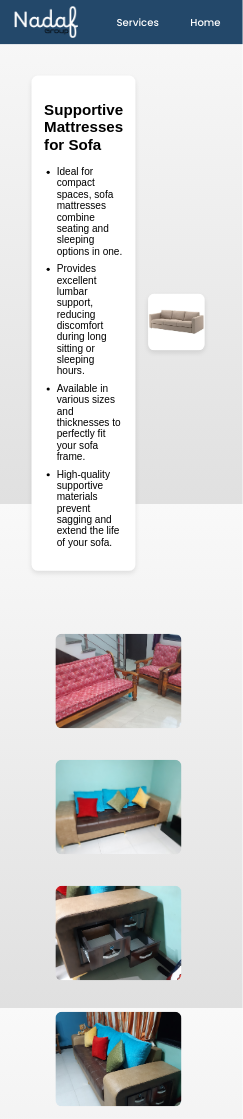
Repository: nadafgroup/rashidgadiUI
Page: src/sofa.html
These files come from the project's save history. The page is drawn as it stood at one moment and after the next save; the edit follows.
The browser window is 375 px wide. The page is 385 px wide, so the pictures cover 385 px, including what lies to the right of the window. The pictures show the whole page, at 63% of full size.

Above is the page before, as saved 2025-01-25 18:49:13.

After the next save:
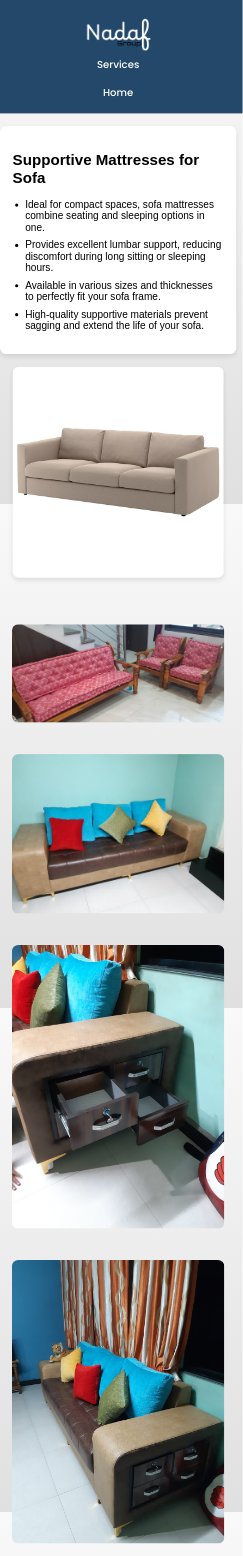
Saved 17 h 47 min later.
--- a/src/products.css
+++ b/src/products.css
@@ -3,8 +3,6 @@
     src: url('../assets/fonts/Poppins/Poppins-Medium.ttf') format('truetype');
 }
 
-
-
 @font-face {
     font-family: 'inter';
     src: url('../assets/fonts/Inter/Inter-VariableFont_opsz\,wght.ttf') format('truetype');
@@ -15,11 +13,7 @@
     src: url('../assets/fonts/Exo2-VariableFont_wght.ttf') format('truetype');
 }
 
-
-
-
-
-body{
+body {
     margin: 0;
     padding: 0;
     overflow-x: hidden; /* Prevent horizontal scrolling */
@@ -41,8 +35,6 @@ header {
     color: white;
     font-size: 1rem;
 }
-
-
 
 .nav-right ul {
     display: flex;
@@ -96,15 +88,12 @@ header {
     background-color: #5c6bc0;
 }
 
-.logo{
-
+.logo {
     width: auto;
     height: 50px;
     margin-left: 10px;
     margin-bottom: 0px;
 }
-
-
 
 .container {
     display: flex;
@@ -113,8 +102,6 @@ header {
     align-items: center;
     padding: 50px;
     gap: 20px;
-
-
 }
 
 .info {
@@ -224,3 +211,41 @@ header {
     from { transform: translateX(100%); }
     to { transform: translateX(0); }
 }
+
+/* Media Queries for Responsiveness */
+@media (max-width: 768px) {
+    .container {
+        flex-direction: column; /* Switch to column layout */
+        padding: 20px;
+    }
+
+    .info, .image-container {
+        flex: none; /* Reset flex behavior */
+        width: 100%;
+    }
+
+    .gallery img {
+        width: 100%; /* Make gallery images take full width on small screens */
+        height: auto;
+    }
+}
+
+@media (max-width: 480px) {
+    header {
+        flex-direction: column;
+        align-items: center;
+    }
+
+    .nav-right ul {
+        flex-direction: column;
+        align-items: center;
+    }
+
+    .nav-right ul li {
+        margin: 10px 0;
+    }
+
+    .logo {
+        margin: 10px 0;
+    }
+}
